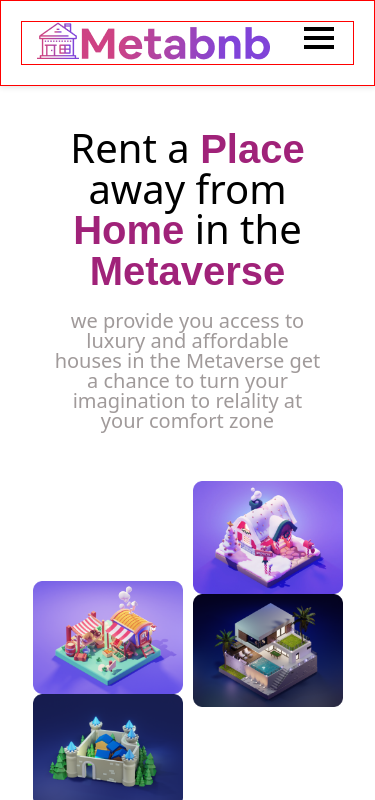
Repository: trenzyfx1/Metabnb
Page: index.html
The author's editor kept a copy of each file at every save. The page is drawn from the files as they stood at one save, then again after the next save.
The browser window is 375 px wide. The pictures show the whole page.
An inner scrolling area shows only its first screen.

Above is the page before, as saved 2025-05-12 15:21:19.

After the next save:
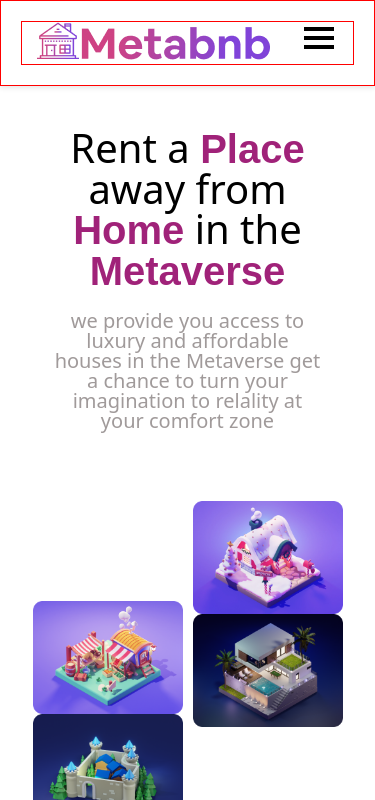
Saved 14 s later.
--- a/style.css
+++ b/style.css
@@ -625,9 +625,9 @@
         display: none;
     }
 
-    .image-container {
+    /* .image-container {
         margin: auto;
-    }
+    } */
 
 
     .image-container1 img,

After the save that followed:
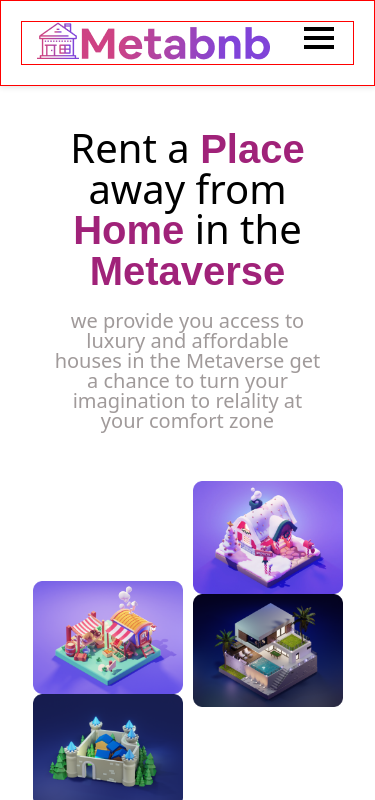
Saved 11 s later.
--- a/style.css
+++ b/style.css
@@ -625,9 +625,9 @@
         display: none;
     }
 
-    /* .image-container {
+    .image-container {
         margin: auto;
-    } */
+    }
 
 
     .image-container1 img,
